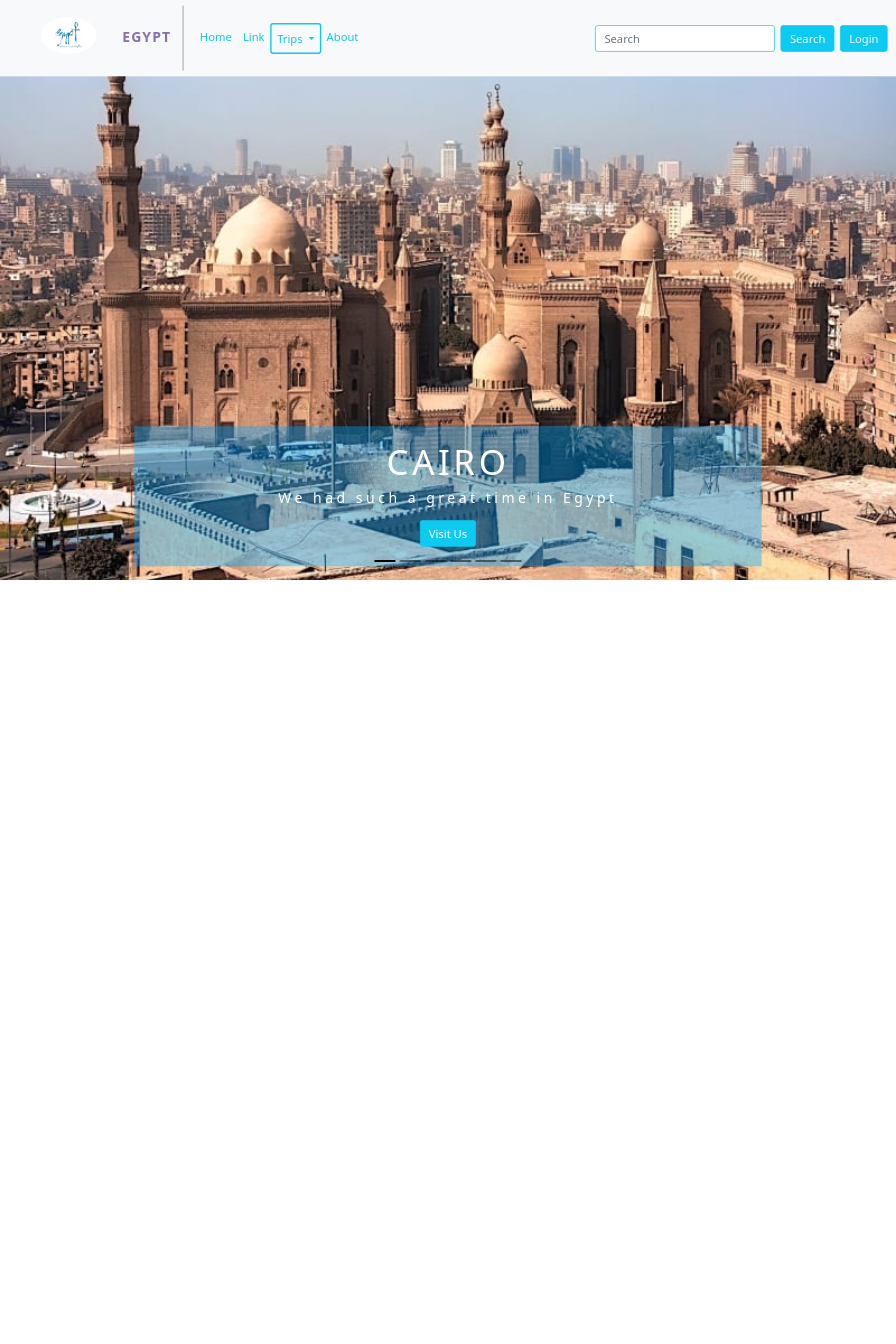
Repository: Ahmed123rezk123/P-temp
Page: index.html
The author's editor kept a copy of each file at every save. The page is drawn from the files as they stood at one save, then again after the next save.
The browser window is 1280 px wide. The pictures show the part of the page from y = 0 to 1920 px (the page is 10000 px tall), at 70% of full size.

Above is the page before, as saved 2024-02-15 13:43:26.

After the next save:
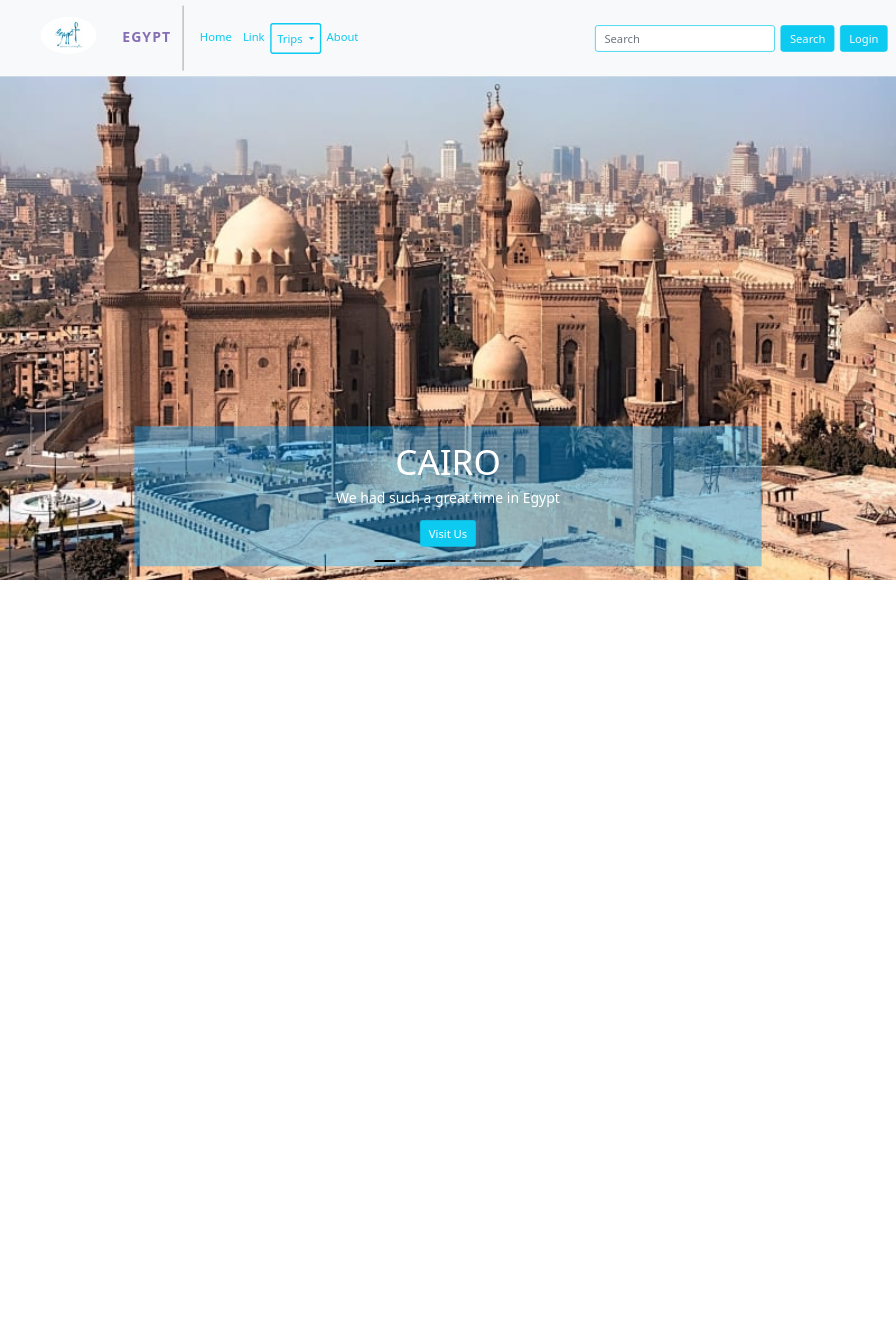
Saved 13 s later.
--- a/CSS/style.css
+++ b/CSS/style.css
@@ -38,7 +38,6 @@ box-shadow: none;
     width: 70%;
     height: 200px;
     background-color: rgb(0, 166, 255,.4);
-    letter-spacing: 5px;
   }
   .carousel-inner .content h1 {
     text-transform: uppercase;
